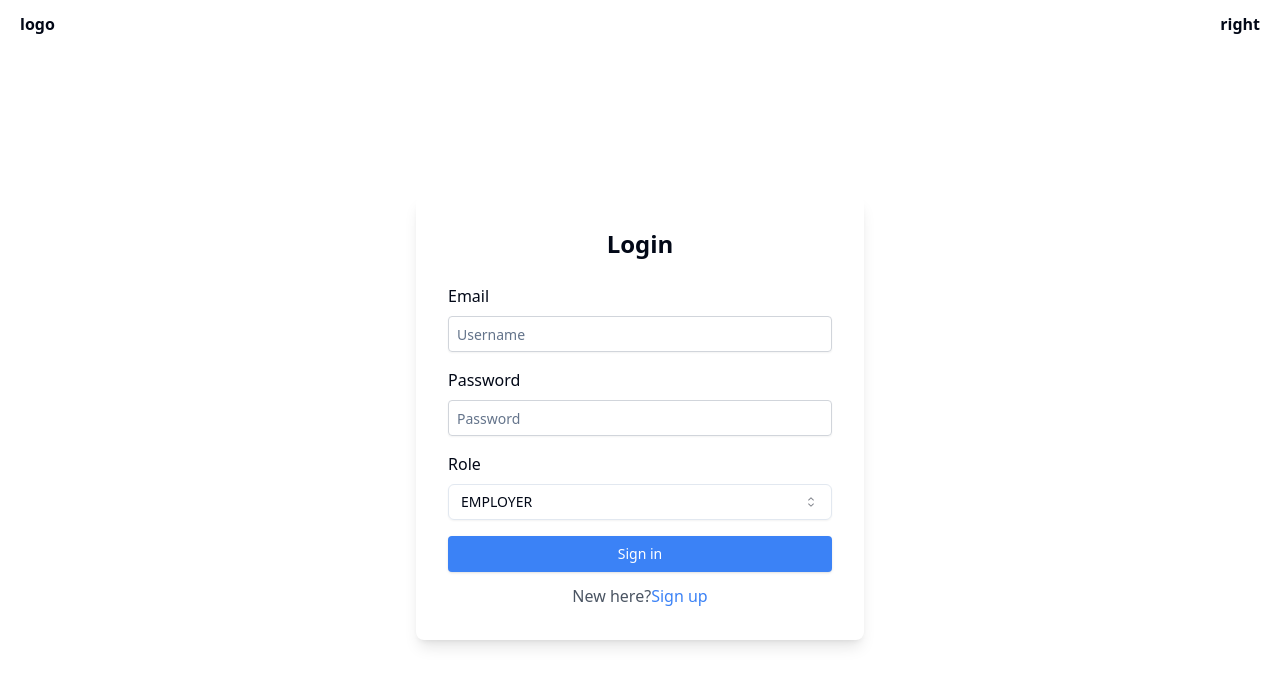
Repository: hisreal123/globalpath_fe
Page: /auth/signin
The author's editor kept a copy of each file at every save. The page is drawn from the files as they stood at one save, then again after a run of saves.
The browser window is 1280 px wide. The pictures show the whole page.
The project was rebuilt for these pictures with package versions that can differ from the ones it lists, and the page was loaded fresh each time. Also part of the build but not shown: vite.config.ts, src/components/pages/HomeComponent.tsx, src/pages/Home.tsx, src/pages/Error.tsx, src/pages/About.tsx, src/pages/Blog.tsx, src/pages/Find_jobs.tsx, src/components/Header.tsx and 3 more.

Above is the page before, as saved 2024-10-12 15:57:44.

### src/App.tsx

import { Router } from "./router/Router";

function App() {
  return (
    <>
      <Router />
    </>
  );
}

export default App;

### src/router/Router.tsx
import {
  createBrowserRouter,
  RouterProvider,
  Outlet,
  useLocation,
} from "react-router-dom";
import Home from "../pages/Home";
import Error from "../pages/Error";
import About from "../pages/About";
import Blog from "../pages/Blog";
import Find_jobs from "../pages/Find_jobs"
import Header from "../components/Header";
import Signin from "../pages/auth/Signin";
import Signup from "../pages/auth/Signup";


const notPages = ["/error", "/auth/signin", "/auth/signup", "auth/reset_password"]


// Layout component with conditional Navbar
const Layout = () => {
  const location = useLocation(); // Get the current route location

  return (
    <>
      {/* Conditionally render the Navbar if the current path is not the error page */}
      {!notPages.includes(location.pathname) && <Header />}
      <Outlet /> {/* Renders the child route's component */}
    </>
  );
};

const router = createBrowserRouter([
  {
    path: "/",
    element: <Layout />, // Wrap with layout for routes with Navbar
    children: [
      {
        path: "/",
        element: <Home />,
      },
      {
        path: "/about",
        element: <About />,
      },
      {
        path: "/find_jobs",
        element: <Find_jobs />,
      },
      {
        path: "/blog",
        element: <Blog />,
      },
      {
        path: "/auth",
        // element: <Blog />,
        children: [
          {
            path: "/auth/signin",
            element: <Signin />,
          },
          {
            path: "/auth/signup",
            element: <Signup />,
          },
        ],
      },
    ],
  },
  {
    path: "*", // Error route
    element: <Error />,
  },
]);

export const Router = () => {
  return (
    <>
      {/* No need for useLocation here */}
      <RouterProvider router={router} />
    </>
  );
};

### src/pages/auth/Signin.tsx
import React from 'react'
import SigninComponent from '../../components/pages/auth/SigninComponent'

const Signin = () => {

  return (
    <div>
        <SigninComponent />
    </div>
  )
}

export default Signin

### src/components/pages/auth/SigninComponent.tsx
import { z } from "zod";
import { zodResolver } from "@hookform/resolvers/zod";
import { SubmitHandler, useForm } from "react-hook-form";
import { LoginSchema } from "@/utils/FormValiator";;
import { Button } from "@/components/ui/button";
import {
  Form,
  FormControl,
  FormField,
  FormItem,
  FormLabel,
  FormMessage,
} from "../../ui/form";
import { Input } from "../../ui/input";
import { Link } from "react-router-dom";
import {
  Select,
  SelectContent,
  SelectItem,
  SelectTrigger,
  SelectValue,
} from "@/components/ui/select";
import { useState } from "react";

// Define types
type FormValues = z.infer<typeof LoginSchema>

const SigninComponent = () => {
  const [isLoading, setIsLoading] = useState<boolean>(false);
  const [isEmployer, setIsEmployer] = useState<boolean>(true);

  const form = useForm<FormValues>({
    resolver: zodResolver(LoginSchema),
    defaultValues: {
      email: "",
      password: "",
      role: "EMPLOYER"
    },
  });


  // perform signin logic here
  const onSubmit : SubmitHandler<FormValues>= (values: any) => {

    console.log(values);

    // values = {}
  };

  return (
    <div>
      <div className="top_nav px-5 flex items-center justify-between font-bold pt-3">
        <Link to="/"> logo</Link>
        <h2>right</h2>
      </div>
      <div className="form_wrapper bg-white p-8 rounded-lg shadow-lg w-11/12 max-w-md mt-20 md:mt-40 mx-auto">
        <h2 className="text-2xl font-bold mb-6 text-center">Login</h2>
        <Form {...form}>
          <form onSubmit={form.handleSubmit(onSubmit)} className="space-y-4">
            <FormField
              control={form.control}
              name="email"
              render={({ field }) => (
                <FormItem>
                  <FormLabel className="text-md">Email</FormLabel>
                  <FormControl>
                    <Input
                      placeholder="Username"
                      {...field}
                      className="w-full p-2 border border-gray-300 rounded mt-1"
                    />
                  </FormControl>
                  <FormMessage />
                </FormItem>
              )}
            />
            <FormField
              control={form.control}
              name="password"
              render={({ field }) => (
                <FormItem>
                  <FormLabel className="text-md">Password</FormLabel>
                  <FormControl>
                    <Input
                      placeholder="Password"
                      {...field}
                      className="w-full p-2 border border-gray-300 rounded mt-1"
                    />
                  </FormControl>
                  <FormMessage />
                </FormItem>
              )}
            />

             {/* Role Field */}
              <FormField
                control={form.control}
                name="role"
                render={({ field }) => (
                  <FormItem>
                    <FormLabel className="text-md">Role</FormLabel>
                    <Select
                      onValueChange={(value: "EMPLOYER" | "JOBSEEKER") => {
                        field.onChange(value); // Type assertion here
                        setIsEmployer(value === "EMPLOYER"); // Update state based on selected role
                      }}
                      value={field.value} // Ensure value is either EMPLOYER or JOBSEEKER
                    >
                      <SelectTrigger className="min-w-[100%]">
                        <SelectValue placeholder="Select Role" />
                      </SelectTrigger>
                      <SelectContent>
                        <SelectItem value="EMPLOYER">EMPLOYER</SelectItem>
                        <SelectItem value="JOBSEEKER">JOBSEEKER</SelectItem>
                      </SelectContent>
                    </Select>
                    <FormMessage />
                  </FormItem>
                )}
              />

            <Button
              type="submit"
              className="bg-blue-500 text-white w-full p-2 rounded hover:bg-blue-600 mt-5 relative"
            >
              Sign in
            </Button>
          </form>
        </Form>
        <p className="text-center text-gray-600 mt-3">
          New here?
          <Link to="/auth/signup" className="text-blue-500 hover:underline">
            Sign up
          </Link>
        </p>
      </div>
    </div>
  );
};

export default SigninComponent;

### src/utils/FormValiator.ts
"use client"

import {z} from "zod"

export const UserProfile = z.object({
  job_title: z.union([z.string().min(4), z.string().length(0)]),
  company_name: z.union([z.string().min(4), z.string().length(0)]),
  company_web_address: z.union([z.string().min(4), z.string().length(0)])
})



// enum role {
//   employer = "EMPLOYER",
//   job_seeker = "JOBSEEKER",
// }

// Password regex: Must contain at least one letter, one number, and no special characters.
const passwordRegex = /^(?=.*[A-Za-z])(?=.*\d)[A-Za-z\d]+$/;

export const RegisterSchema = z
  .object({
    first_name: z.string().min(1, "First name is required"),
    last_name: z.string().min(1, "Last name is required"),
    email: z.string().email("Invalid email address"),
    password: z
      .string()
      .min(6, "Password must be at least 8 characters")
      .regex(
        passwordRegex,
        "Password must contain at least one letter and one number one number, and no special characters"
      ),
    confirm_password: z
      .string()
      .min(6, "Confirm password must be at least 8 characters"),
    role: z.enum(["EMPLOYER", "JOBSEEKER"]), // Ensure "role" is typed as an enum
    profile: z
      .object({
        job_title: z.string().optional(),
        company_name: z.string().optional(),
        company_web_address: z.string().optional(),
      })
      .optional(),
  })
  .refine((data) => data.password === data.confirm_password, {
    message: "Passwords must match",
    path: ["confirm_password"],
  });

export const LoginSchema = z.object({
  email: z.string().email("Invalid email address"),
  password: z
    .string()
    .min(6, "Password must be at least 8 characters")
    .regex(
      passwordRegex,
      "Password must contain at least one letter and one number one number, and no special characters"
    ),
  confirm_password: z
    .string()
    .min(6, "Confirm password must be at least 8 characters"),
  role: z.enum(["EMPLOYER", "JOBSEEKER"]),
});

### src/components/ui/button.tsx
import * as React from "react"
import { Slot } from "@radix-ui/react-slot"
import { cva, type VariantProps } from "class-variance-authority"

import { cn } from "@/lib/utils"

const buttonVariants = cva(
  "inline-flex items-center justify-center whitespace-nowrap rounded-md text-sm font-medium transition-colors focus-visible:outline-none focus-visible:ring-1 focus-visible:ring-ring disabled:pointer-events-none disabled:opacity-50",
  {
    variants: {
      variant: {
        default:
          "bg-primary text-primary-foreground shadow hover:bg-primary/90",
        destructive:
          "bg-destructive text-destructive-foreground shadow-sm hover:bg-destructive/90",
        outline:
          "border border-input bg-background shadow-sm hover:bg-accent hover:text-accent-foreground",
        secondary:
          "bg-secondary text-secondary-foreground shadow-sm hover:bg-secondary/80",
        ghost: "hover:bg-accent hover:text-accent-foreground",
        link: "text-primary underline-offset-4 hover:underline",
      },
      size: {
        default: "h-9 px-4 py-2",
        sm: "h-8 rounded-md px-3 text-xs",
        lg: "h-10 rounded-md px-8",
        icon: "h-9 w-9",
      },
    },
    defaultVariants: {
      variant: "default",
      size: "default",
    },
  }
)

export interface ButtonProps
  extends React.ButtonHTMLAttributes<HTMLButtonElement>,
    VariantProps<typeof buttonVariants> {
  asChild?: boolean
}

const Button = React.forwardRef<HTMLButtonElement, ButtonProps>(
  ({ className, variant, size, asChild = false, ...props }, ref) => {
    const Comp = asChild ? Slot : "button"
    return (
      <Comp
        className={cn(buttonVariants({ variant, size, className }))}
        ref={ref}
        {...props}
      />
    )
  }
)
Button.displayName = "Button"

export { Button, buttonVariants }

### src/components/ui/form.tsx
import * as React from "react"
import * as LabelPrimitive from "@radix-ui/react-label"
import { Slot } from "@radix-ui/react-slot"
import {
  Controller,
  ControllerProps,
  FieldPath,
  FieldValues,
  FormProvider,
  useFormContext,
} from "react-hook-form"

import { cn } from "@/lib/utils"
import { Label } from "@/components/ui/label"

const Form = FormProvider

type FormFieldContextValue<
  TFieldValues extends FieldValues = FieldValues,
  TName extends FieldPath<TFieldValues> = FieldPath<TFieldValues>
> = {
  name: TName
}

const FormFieldContext = React.createContext<FormFieldContextValue>(
  {} as FormFieldContextValue
)

const FormField = <
  TFieldValues extends FieldValues = FieldValues,
  TName extends FieldPath<TFieldValues> = FieldPath<TFieldValues>
>({
  ...props
}: ControllerProps<TFieldValues, TName>) => {
  return (
    <FormFieldContext.Provider value={{ name: props.name }}>
      <Controller {...props} />
    </FormFieldContext.Provider>
  )
}

const useFormField = () => {
  const fieldContext = React.useContext(FormFieldContext)
  const itemContext = React.useContext(FormItemContext)
  const { getFieldState, formState } = useFormContext()

  const fieldState = getFieldState(fieldContext.name, formState)

  if (!fieldContext) {
    throw new Error("useFormField should be used within <FormField>")
  }

  const { id } = itemContext

  return {
    id,
    name: fieldContext.name,
    formItemId: `${id}-form-item`,
    formDescriptionId: `${id}-form-item-description`,
    formMessageId: `${id}-form-item-message`,
    ...fieldState,
  }
}

type FormItemContextValue = {
  id: string
}

const FormItemContext = React.createContext<FormItemContextValue>(
  {} as FormItemContextValue
)

const FormItem = React.forwardRef<
  HTMLDivElement,
  React.HTMLAttributes<HTMLDivElement>
>(({ className, ...props }, ref) => {
  const id = React.useId()

  return (
    <FormItemContext.Provider value={{ id }}>
      <div ref={ref} className={cn("space-y-2", className)} {...props} />
    </FormItemContext.Provider>
  )
})
FormItem.displayName = "FormItem"

const FormLabel = React.forwardRef<
  React.ElementRef<typeof LabelPrimitive.Root>,
  React.ComponentPropsWithoutRef<typeof LabelPrimitive.Root>
>(({ className, ...props }, ref) => {
  const { error, formItemId } = useFormField()

  return (
    <Label
      ref={ref}
      className={cn(error && "text-destructive", className)}
      htmlFor={formItemId}
      {...props}
    />
  )
})
FormLabel.displayName = "FormLabel"

const FormControl = React.forwardRef<
  React.ElementRef<typeof Slot>,
  React.ComponentPropsWithoutRef<typeof Slot>
>(({ ...props }, ref) => {
  const { error, formItemId, formDescriptionId, formMessageId } = useFormField()

  return (
    <Slot
      ref={ref}
      id={formItemId}
      aria-describedby={
        !error
          ? `${formDescriptionId}`
          : `${formDescriptionId} ${formMessageId}`
      }
      aria-invalid={!!error}
      {...props}
    />
  )
})
FormControl.displayName = "FormControl"

const FormDescription = React.forwardRef<
  HTMLParagraphElement,
  React.HTMLAttributes<HTMLParagraphElement>
>(({ className, ...props }, ref) => {
  const { formDescriptionId } = useFormField()

  return (
    <p
      ref={ref}
      id={formDescriptionId}
      className={cn("text-[0.8rem] text-muted-foreground", className)}
      {...props}
    />
  )
})
FormDescription.displayName = "FormDescription"

const FormMessage = React.forwardRef<
  HTMLParagraphElement,
  React.HTMLAttributes<HTMLParagraphElement>
>(({ className, children, ...props }, ref) => {
  const { error, formMessageId } = useFormField()
  const body = error ? String(error?.message) : children

  if (!body) {
    return null
  }

  return (
    <p
      ref={ref}
      id={formMessageId}
      className={cn("text-[0.8rem] font-medium text-destructive", className)}
      {...props}
    >
      {body}
    </p>
  )
})
FormMessage.displayName = "FormMessage"

export {
  useFormField,
  Form,
  FormItem,
  FormLabel,
  FormControl,
  FormDescription,
  FormMessage,
  FormField,
}

### src/components/ui/input.tsx
import * as React from "react"

import { cn } from "@/lib/utils"

export interface InputProps
  extends React.InputHTMLAttributes<HTMLInputElement> {}

const Input = React.forwardRef<HTMLInputElement, InputProps>(
  ({ className, type, ...props }, ref) => {
    return (
      <input
        type={type}
        className={cn(
          "flex h-9 w-full rounded-md border border-input bg-transparent px-3 py-1 text-sm shadow-sm transition-colors file:border-0 file:bg-transparent file:text-sm file:font-medium file:text-foreground placeholder:text-muted-foreground focus-visible:outline-none focus-visible:ring-1 focus-visible:ring-ring disabled:cursor-not-allowed disabled:opacity-50",
          className
        )}
        ref={ref}
        {...props}
      />
    )
  }
)
Input.displayName = "Input"

export { Input }

### src/components/ui/select.tsx
import * as React from "react"
import {
  CaretSortIcon,
  CheckIcon,
  ChevronDownIcon,
  ChevronUpIcon,
} from "@radix-ui/react-icons"
import * as SelectPrimitive from "@radix-ui/react-select"

import { cn } from "@/lib/utils"

const Select = SelectPrimitive.Root

const SelectGroup = SelectPrimitive.Group

const SelectValue = SelectPrimitive.Value

const SelectTrigger = React.forwardRef<
  React.ElementRef<typeof SelectPrimitive.Trigger>,
  React.ComponentPropsWithoutRef<typeof SelectPrimitive.Trigger>
>(({ className, children, ...props }, ref) => (
  <SelectPrimitive.Trigger
    ref={ref}
    className={cn(
      "flex h-9 w-full items-center justify-between whitespace-nowrap rounded-md border border-input bg-transparent px-3 py-2 text-sm shadow-sm ring-offset-background placeholder:text-muted-foreground focus:outline-none focus:ring-1 focus:ring-ring disabled:cursor-not-allowed disabled:opacity-50 [&>span]:line-clamp-1",
      className
    )}
    {...props}
  >
    {children}
    <SelectPrimitive.Icon asChild>
      <CaretSortIcon className="h-4 w-4 opacity-50" />
    </SelectPrimitive.Icon>
  </SelectPrimitive.Trigger>
))
SelectTrigger.displayName = SelectPrimitive.Trigger.displayName

const SelectScrollUpButton = React.forwardRef<
  React.ElementRef<typeof SelectPrimitive.ScrollUpButton>,
  React.ComponentPropsWithoutRef<typeof SelectPrimitive.ScrollUpButton>
>(({ className, ...props }, ref) => (
  <SelectPrimitive.ScrollUpButton
    ref={ref}
    className={cn(
      "flex cursor-default items-center justify-center py-1",
      className
    )}
    {...props}
  >
    <ChevronUpIcon />
  </SelectPrimitive.ScrollUpButton>
))
SelectScrollUpButton.displayName = SelectPrimitive.ScrollUpButton.displayName

const SelectScrollDownButton = React.forwardRef<
  React.ElementRef<typeof SelectPrimitive.ScrollDownButton>,
  React.ComponentPropsWithoutRef<typeof SelectPrimitive.ScrollDownButton>
>(({ className, ...props }, ref) => (
  <SelectPrimitive.ScrollDownButton
    ref={ref}
    className={cn(
      "flex cursor-default items-center justify-center py-1",
      className
    )}
    {...props}
  >
    <ChevronDownIcon />
  </SelectPrimitive.ScrollDownButton>
))
SelectScrollDownButton.displayName =
  SelectPrimitive.ScrollDownButton.displayName

const SelectContent = React.forwardRef<
  React.ElementRef<typeof SelectPrimitive.Content>,
  React.ComponentPropsWithoutRef<typeof SelectPrimitive.Content>
>(({ className, children, position = "popper", ...props }, ref) => (
  <SelectPrimitive.Portal>
    <SelectPrimitive.Content
      ref={ref}
      className={cn(
        "relative z-50 max-h-96 min-w-[8rem] overflow-hidden rounded-md border bg-popover text-popover-foreground shadow-md data-[state=open]:animate-in data-[state=closed]:animate-out data-[state=closed]:fade-out-0 data-[state=open]:fade-in-0 data-[state=closed]:zoom-out-95 data-[state=open]:zoom-in-95 data-[side=bottom]:slide-in-from-top-2 data-[side=left]:slide-in-from-right-2 data-[side=right]:slide-in-from-left-2 data-[side=top]:slide-in-from-bottom-2",
        position === "popper" &&
          "data-[side=bottom]:translate-y-1 data-[side=left]:-translate-x-1 data-[side=right]:translate-x-1 data-[side=top]:-translate-y-1",
        className
      )}
      position={position}
      {...props}
    >
      <SelectScrollUpButton />
      <SelectPrimitive.Viewport
        className={cn(
          "p-1",
          position === "popper" &&
            "h-[var(--radix-select-trigger-height)] w-full min-w-[var(--radix-select-trigger-width)]"
        )}
      >
        {children}
      </SelectPrimitive.Viewport>
      <SelectScrollDownButton />
    </SelectPrimitive.Content>
  </SelectPrimitive.Portal>
))
SelectContent.displayName = SelectPrimitive.Content.displayName

const SelectLabel = React.forwardRef<
  React.ElementRef<typeof SelectPrimitive.Label>,
  React.ComponentPropsWithoutRef<typeof SelectPrimitive.Label>
>(({ className, ...props }, ref) => (
  <SelectPrimitive.Label
    ref={ref}
    className={cn("px-2 py-1.5 text-sm font-semibold", className)}
    {...props}
  />
))
SelectLabel.displayName = SelectPrimitive.Label.displayName

const SelectItem = React.forwardRef<
  React.ElementRef<typeof SelectPrimitive.Item>,
  React.ComponentPropsWithoutRef<typeof SelectPrimitive.Item>
>(({ className, children, ...props }, ref) => (
  <SelectPrimitive.Item
    ref={ref}
    className={cn(
      "relative flex w-full cursor-default select-none items-center rounded-sm py-1.5 pl-2 pr-8 text-sm outline-none focus:bg-accent focus:text-accent-foreground data-[disabled]:pointer-events-none data-[disabled]:opacity-50",
      className
    )}
    {...props}
  >
    <span className="absolute right-2 flex h-3.5 w-3.5 items-center justify-center">
      <SelectPrimitive.ItemIndicator>
        <CheckIcon className="h-4 w-4" />
      </SelectPrimitive.ItemIndicator>
    </span>
    <SelectPrimitive.ItemText>{children}</SelectPrimitive.ItemText>
  </SelectPrimitive.Item>
))
SelectItem.displayName = SelectPrimitive.Item.displayName

const SelectSeparator = React.forwardRef<
  React.ElementRef<typeof SelectPrimitive.Separator>,
  React.ComponentPropsWithoutRef<typeof SelectPrimitive.Separator>
>(({ className, ...props }, ref) => (
  <SelectPrimitive.Separator
    ref={ref}
    className={cn("-mx-1 my-1 h-px bg-muted", className)}
    {...props}
  />
))
SelectSeparator.displayName = SelectPrimitive.Separator.displayName

export {
  Select,
  SelectGroup,
  SelectValue,
  SelectTrigger,
  SelectContent,
  SelectLabel,
  SelectItem,
  SelectSeparator,
  SelectScrollUpButton,
  SelectScrollDownButton,
}

### src/components/ui/label.tsx
import * as React from "react"
import * as LabelPrimitive from "@radix-ui/react-label"
import { cva, type VariantProps } from "class-variance-authority"

import { cn } from "@/lib/utils"

const labelVariants = cva(
  "text-sm font-medium leading-none peer-disabled:cursor-not-allowed peer-disabled:opacity-70"
)

const Label = React.forwardRef<
  React.ElementRef<typeof LabelPrimitive.Root>,
  React.ComponentPropsWithoutRef<typeof LabelPrimitive.Root> &
    VariantProps<typeof labelVariants>
>(({ className, ...props }, ref) => (
  <LabelPrimitive.Root
    ref={ref}
    className={cn(labelVariants(), className)}
    {...props}
  />
))
Label.displayName = LabelPrimitive.Root.displayName

export { Label }

Loaded but not shown: index.html (common file); src/main.tsx (common file); src/index.css (common file); src/lib/utils.ts (common file); tailwind.config.js (common file)

After the next 2 saves:
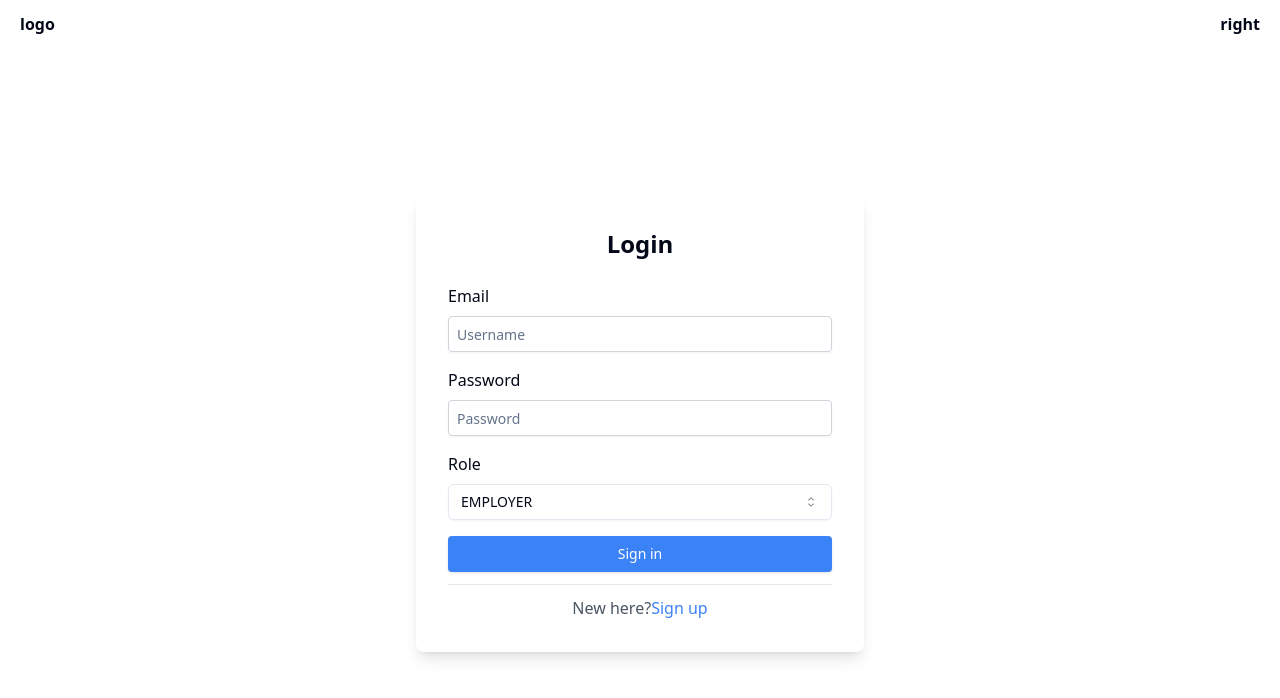
The 2 saves are shown as one change because they came seconds apart.
The last was saved 23 s later.
--- a/src/components/pages/auth/SigninComponent.tsx
+++ b/src/components/pages/auth/SigninComponent.tsx
@@ -92,32 +92,32 @@ const SigninComponent = () => {
               )}
             />
 
-             {/* Role Field */}
-              <FormField
-                control={form.control}
-                name="role"
-                render={({ field }) => (
-                  <FormItem>
-                    <FormLabel className="text-md">Role</FormLabel>
-                    <Select
-                      onValueChange={(value: "EMPLOYER" | "JOBSEEKER") => {
-                        field.onChange(value); // Type assertion here
-                        setIsEmployer(value === "EMPLOYER"); // Update state based on selected role
-                      }}
-                      value={field.value} // Ensure value is either EMPLOYER or JOBSEEKER
-                    >
-                      <SelectTrigger className="min-w-[100%]">
-                        <SelectValue placeholder="Select Role" />
-                      </SelectTrigger>
-                      <SelectContent>
-                        <SelectItem value="EMPLOYER">EMPLOYER</SelectItem>
-                        <SelectItem value="JOBSEEKER">JOBSEEKER</SelectItem>
-                      </SelectContent>
-                    </Select>
-                    <FormMessage />
-                  </FormItem>
-                )}
-              />
+            {/* Role Field */}
+            <FormField
+              control={form.control}
+              name="role"
+              render={({ field }) => (
+                <FormItem>
+                  <FormLabel className="text-md">Role</FormLabel>
+                  <Select
+                    onValueChange={(value: "EMPLOYER" | "JOBSEEKER") => {
+                      field.onChange(value); // Type assertion here
+                      setIsEmployer(value === "EMPLOYER"); // Update state based on selected role
+                    }}
+                    value={field.value} // Ensure value is either EMPLOYER or JOBSEEKER
+                  >
+                    <SelectTrigger className="min-w-[100%]">
+                      <SelectValue placeholder="Select Role" />
+                    </SelectTrigger>
+                    <SelectContent>
+                      <SelectItem value="EMPLOYER">EMPLOYER</SelectItem>
+                      <SelectItem value="JOBSEEKER">JOBSEEKER</SelectItem>
+                    </SelectContent>
+                  </Select>
+                  <FormMessage />
+                </FormItem>
+              )}
+            />
 
             <Button
               type="submit"
@@ -127,6 +127,8 @@ const SigninComponent = () => {
             </Button>
           </form>
         </Form>
+
+        <div className="w-full h-[.3px] bg-gray-200 rounded-full mt-3 "> </div>
         <p className="text-center text-gray-600 mt-3">
           New here?
           <Link to="/auth/signup" className="text-blue-500 hover:underline">
